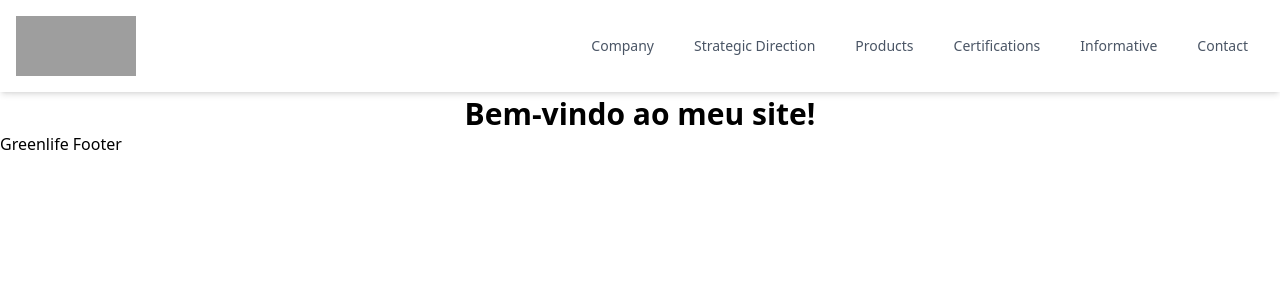
Repository: estevam02009/greenlife
Page: /
These files come from the project's save history. The page is drawn as it stood at one moment and after the next save; the edit follows.
The browser window is 1280 px wide. The pictures show the whole page.
Pictures or frames that could not be fetched are drawn as grey boxes. The project was rebuilt for these pictures with package versions that can differ from the ones it lists, and the page was loaded fresh each time. Also part of the build but not shown: vite.config.js, src/App.css.

Above is the page before, as saved 2025-07-23 12:54:27.

After the next save:
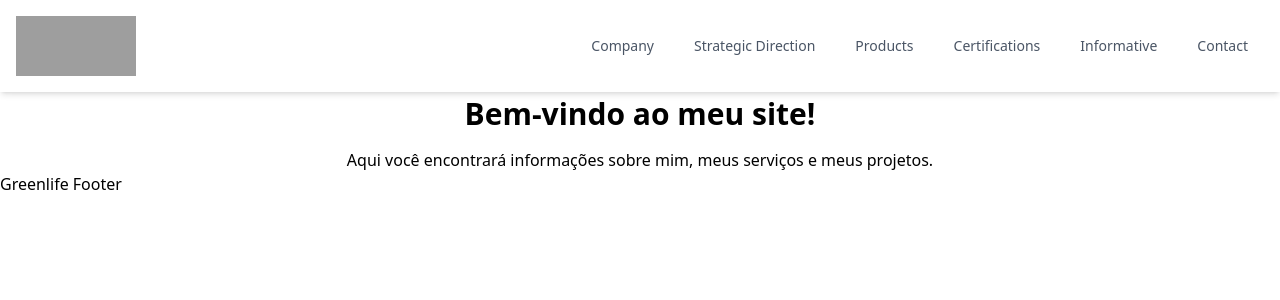
Saved 17 s later.
--- a/src/App.jsx
+++ b/src/App.jsx
@@ -1,6 +1,7 @@
 import Navbar from './components/Navbar'
 import Footer from './components/Footer'
 import './App.css'
+import Hero from './components/Hero'
 
 function App() {
 
@@ -8,7 +9,7 @@
     <div>
       <Navbar />
       <main className='pt-16'>
-        <h1 className="text-3xl font-bold text-center mt-8">Bem-vindo ao meu site!</h1>
+        <Hero />
 
       </main>
       <Footer />
